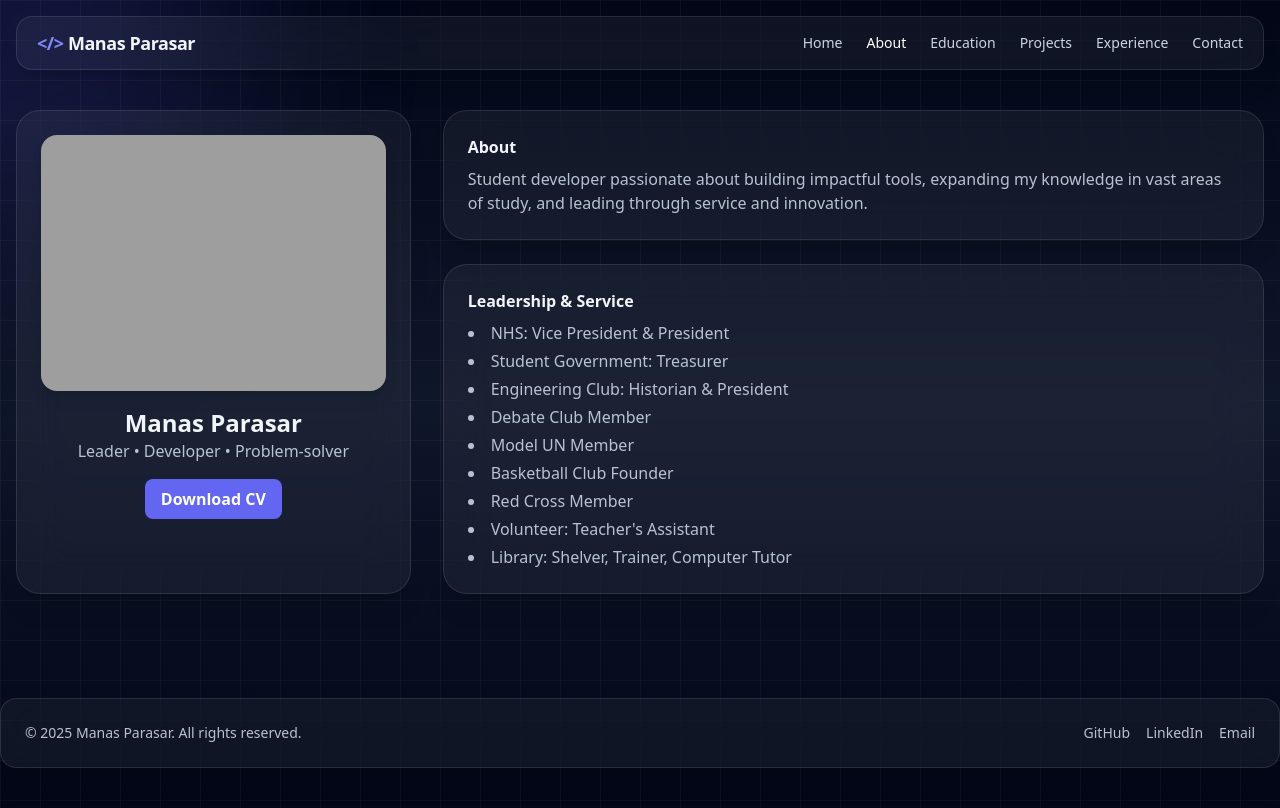
Repository: Manas-Parasar/portfolio-manas-parasar
Page: /about
These files come from the project's save history. The page is drawn as it stood at one moment and after the next save; the edit follows.
The browser window is 1280 px wide. The pictures show the whole page.
Pictures or frames that could not be fetched are drawn as grey boxes. The project was rebuilt for these pictures with package versions that can differ from the ones it lists, and the page was loaded fresh each time. Also part of the build but not shown: vite.config.js, src/components/Hero.jsx, src/components/Section.jsx, src/components/ProjectCard.jsx, src/pages/Home.jsx, src/pages/Projects.jsx, src/components/TimelineItem.jsx, src/pages/Experience.jsx and 1 more. Imported but missing from the stored project, and not drawn on this page: src/assets/Manas_Parasar_CV.pdf.

Above is the page before, as saved 2025-08-20 21:02:07.

After the next save:
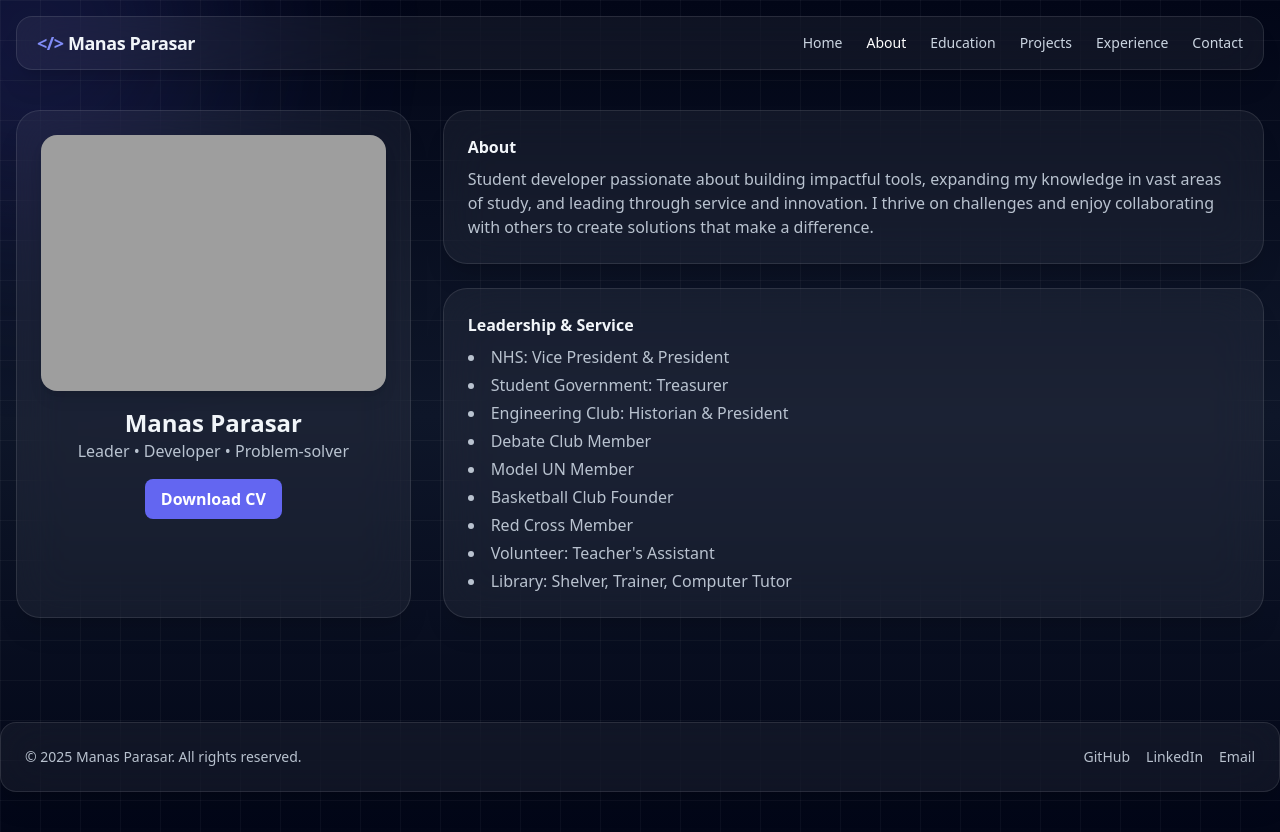
Saved 27 s later.
--- a/src/pages/About.jsx
+++ b/src/pages/About.jsx
@@ -27,7 +27,9 @@ export default function About() {
           <p className="subtle">
             Student developer passionate about building impactful tools,
             expanding my knowledge in vast areas of study, and leading through
-            service and innovation.
+            service and innovation. I thrive on challenges and enjoy
+            collaborating with others to create solutions that make a
+            difference.
           </p>
         </div>
 
